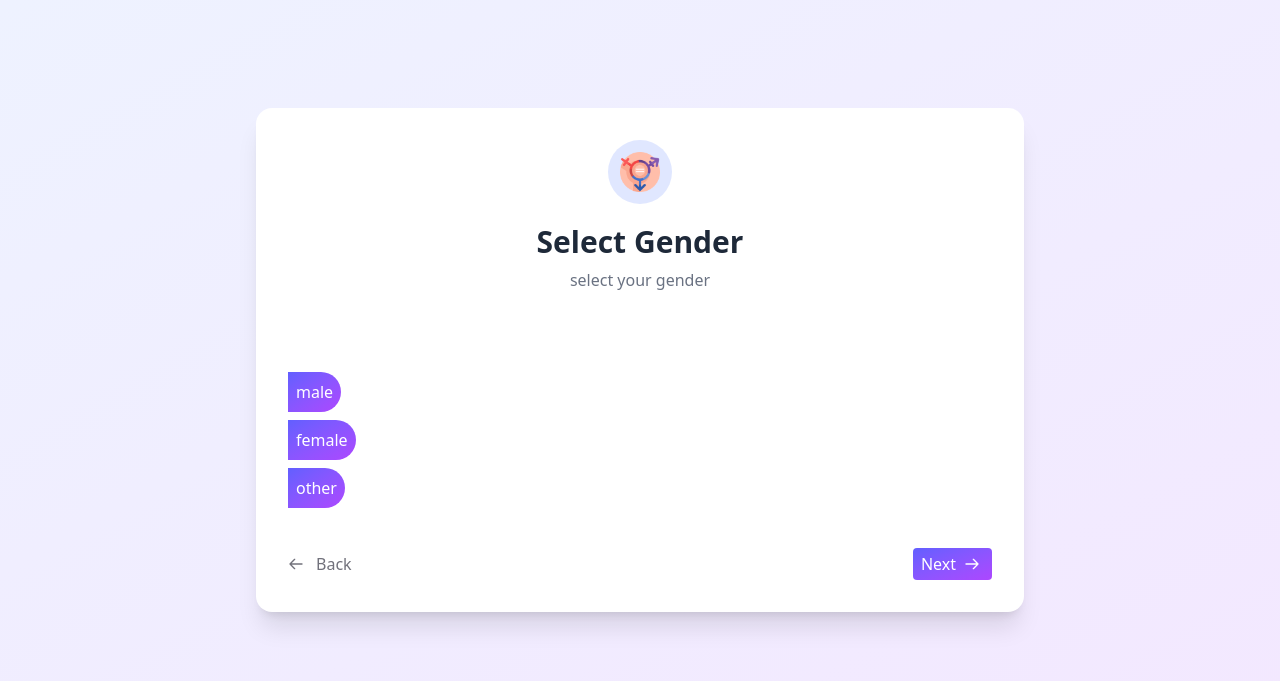
Repository: aryan151pratap/FitPanda
Page: / (app in frontened/), after clicking the first element matching `button.px-2`
The author's editor kept a copy of each file at every save. The page is drawn from the files as they stood at one save, then again after the next save.
The browser window is 1280 px wide. The pictures show the whole page.
The project was rebuilt for these pictures with package versions that can differ from the ones it lists, and the page was loaded fresh each time. Also part of the build but not shown: frontened/vite.config.js, frontened/src/App.css, frontened/src/components/page_1.jsx, frontened/src/login/login.jsx, frontened/src/login/sign_up.jsx, frontened/src/login/otp.jsx, frontened/src/notification/notify.jsx.

Above is the page before, as saved 2025-06-04 23:14:43.

### frontened/src/App.jsx
import { useState } from 'react'
import './App.css'
import Page_1 from './components/page_1';
import Sign_up from './login/sign_up';
import Otp from './login/otp';
import Notify from './notification/notify';
import Gender from './about_user/gender';

function App() {
	const [otp, setOtp] = useState(true);

  const [data, setData] = useState({});
  const [login, setLogin] = useState(true);

  const [notification, setNotification] = useState('');


  return (
    <>
    <div className=''>
      {!login ?
        <div>
        {otp ?
        <Sign_up setOtp={setOtp} setEmail={setData} setNotification={setNotification}/>
        :
        <Otp setOtp={setOtp} data={data} setNotification={setNotification}/>
        }
        </div>
        :
        <div>
          {/* <Page_1/> */}
          <Gender/>
        </div>
      }

      <div>
        {notification.length > 0 &&
          <Notify notification={notification} setNotification={setNotification}/>
        }
      </div>
    </div>
    </>
  )
}

export default App

### frontened/src/about_user/gender.jsx
import { useState } from "react";
import gender_img from '../image/gender.png';

function Gender(){
	const [gender, setGender] = useState('');
	const gen = ['male', 'female', 'other'];

	return(
		<>
		<div className="min-h-screen bg-gradient-to-br from-indigo-50 to-purple-100 flex items-center justify-center p-4">
			<div className="w-full sm:max-w-xl md:max-w-3xl">
				<div className="bg-white rounded-2xl shadow-xl overflow-hidden p-8">
					<div className="text-center mb-15">
						<div className="mx-auto flex items-center justify-center w-16 h-16 bg-indigo-100 rounded-full mb-5">
						{gender === "male" ?
							<svg xmlns="http://www.w3.org/2000/svg" className="h-8 w-8 text-blue-600" fill="none" viewBox="0 0 24 24" stroke="currentColor">
								<path strokeLinecap="round" strokeLinejoin="round" strokeWidth={2} d="M13 7h4a1 1 0 011 1v4m-7 7a5 5 0 100-10 5 5 0 000 10zm6-10l-5 5" />
							</svg>
							: gender === 'female' ?
							<svg xmlns="http://www.w3.org/2000/svg" className="h-8 w-8 text-pink-600" fill="none" viewBox="0 0 24 24" stroke="currentColor">
								<path strokeLinecap="round" strokeLinejoin="round" strokeWidth={2} d="M12 14v7m0 0h3m-3 0H9m3-7a5 5 0 100-10 5 5 0 000 10z" />
							</svg>
							: gender === 'other' ?
							<svg xmlns="http://www.w3.org/2000/svg" className="h-8 w-8 text-purple-600" fill="none" viewBox="0 0 24 24" stroke="currentColor">
								<path strokeLinecap="round" strokeLinejoin="round" strokeWidth={2} d="M12 3v3m0 0a5 5 0 110 10m0-10a5 5 0 100 10m0 0v4m-3 0h6" />
							</svg>
							:
							<div>
								<img src={gender_img} alt="" className="h-10 w-10"/>
							</div>
						}
						</div>
						<h2 className="text-3xl font-bold text-gray-800">Select Gender</h2>
						<p className="text-gray-500 mt-2">
							select your gender
							<span className="block font-medium text-indigo-600"></span>
						</p>
					</div>

					<div className="flex flex-col justify-between">
						<div className="flex flex-col gap-2 mt-5">
						{gen.map((i, index) => (
							<div key={index}>
								<button className="text-white rounded-l-sm rounded-r-full p-2 bg-gradient-to-br from-indigo-500 to-purple-500 cursor-pointer transition hover:px-4">
									{i}
								</button>
							</div>
						))}
						</div>
					</div>

					<div className="mt-10 flex justify-between">
						<button className="text-zinc-500 flex items-center gap-2 hover:text-zinc-700 cursor-pointer">
							<svg xmlns="http://www.w3.org/2000/svg" className="h-4 w-4 mr-1" fill="none" viewBox="0 0 24 24" stroke="currentColor">
							<path strokeLinecap="round" strokeLinejoin="round" strokeWidth={2} d="M10 19l-7-7m0 0l7-7m-7 7h18" />
							</svg>
							<span className="">Back</span>
						</button>
						<button className="text-white px-2 py-1 rounded-sm bg-gradient-to-br from-indigo-500 to-purple-500 flex gap-2 items-center">
							<span>Next</span>
							<svg xmlns="http://www.w3.org/2000/svg" className="h-4 w-4 mr-1" fill="none" viewBox="0 0 24 24" stroke="currentColor">
								<path strokeLinecap="round" strokeLinejoin="round" strokeWidth={2} d="M14 5l7 7m0 0l-7 7m7-7H3" />
							</svg>
						</button>
					</div>
				</div>
			</div>
		</div>

		</>
	)
}

export default Gender;

Loaded but not shown: frontened/index.html (common file); frontened/src/main.jsx (common file)

After the next save:
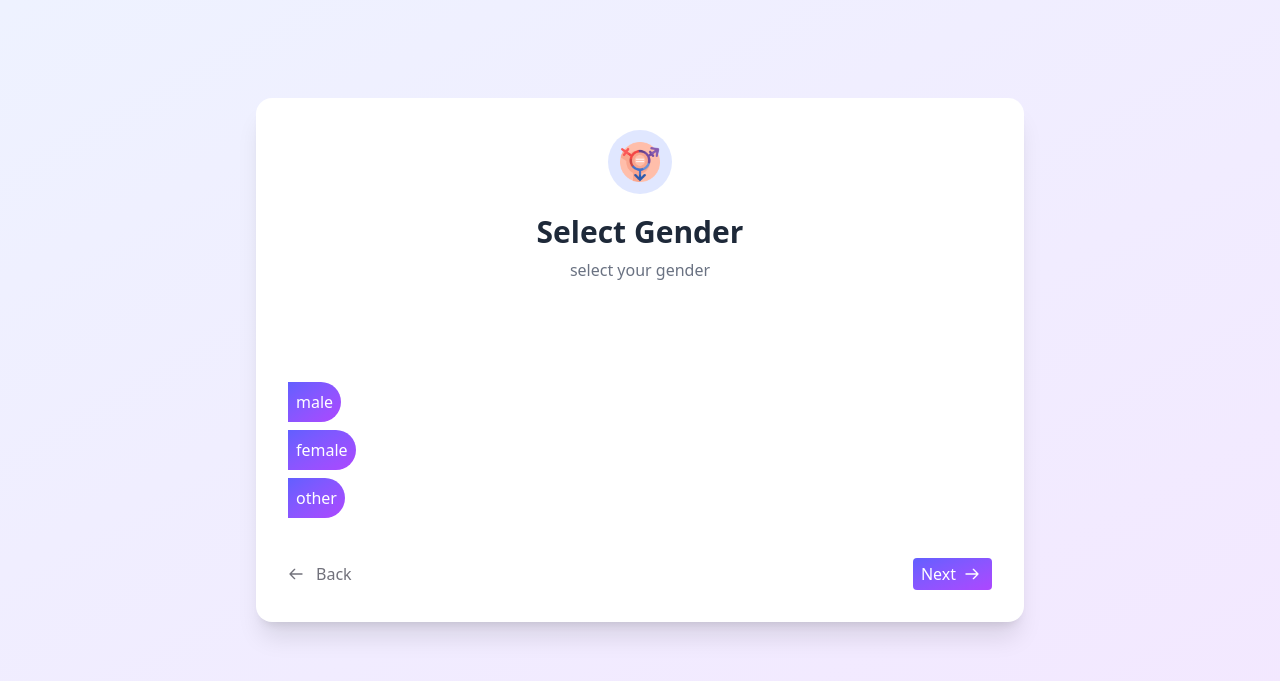
Saved 9 s later.
--- a/frontened/src/about_user/gender.jsx
+++ b/frontened/src/about_user/gender.jsx
@@ -10,7 +10,7 @@ function Gender(){
 		<div className="min-h-screen bg-gradient-to-br from-indigo-50 to-purple-100 flex items-center justify-center p-4">
 			<div className="w-full sm:max-w-xl md:max-w-3xl">
 				<div className="bg-white rounded-2xl shadow-xl overflow-hidden p-8">
-					<div className="text-center mb-15">
+					<div className="text-center mb-20">
 						<div className="mx-auto flex items-center justify-center w-16 h-16 bg-indigo-100 rounded-full mb-5">
 						{gender === "male" ?
 							<svg xmlns="http://www.w3.org/2000/svg" className="h-8 w-8 text-blue-600" fill="none" viewBox="0 0 24 24" stroke="currentColor">
